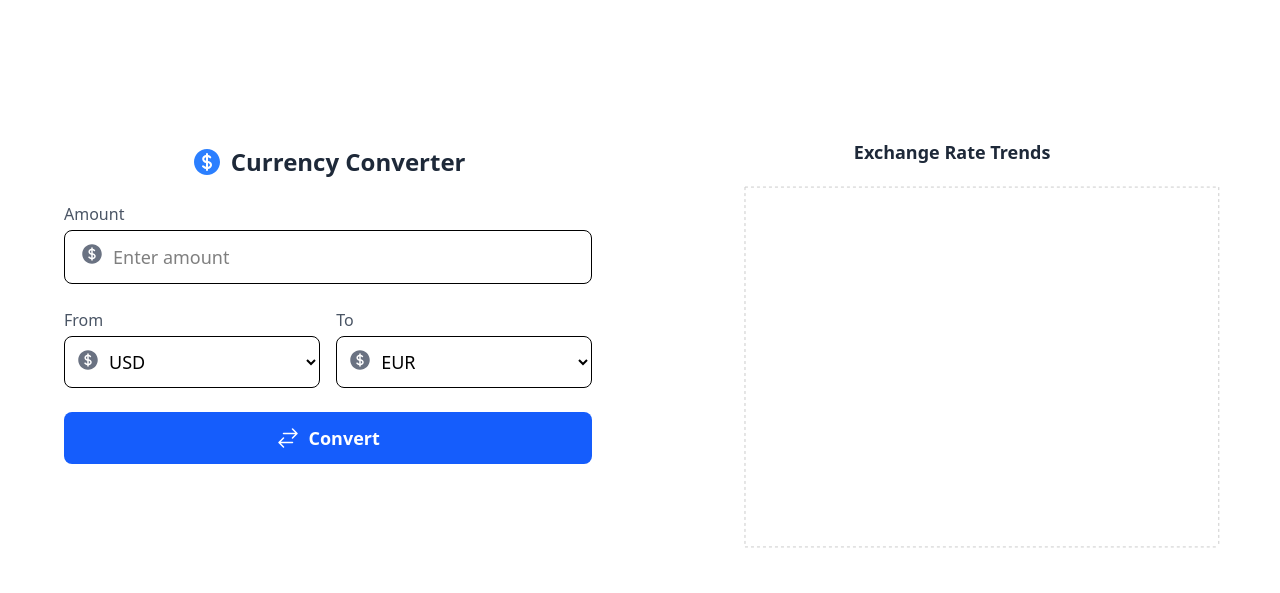
Repository: adrcstro/withcenter_developer_exam
Page: /
These files come from the project's save history. The page is drawn as it stood at one moment and after the next save; the edit follows.
The browser window is 1280 px wide. The pictures show the whole page.
The page's requests for data from a server got no answer. The project was rebuilt for these pictures with package versions that can differ from the ones it lists, and the page was loaded fresh each time. No one was signed in, and anything a server would have sent is missing. Also part of the build but not shown: vite.config.ts.

Above is the page before, as saved 2025-03-16 20:30:21.

After the next save:
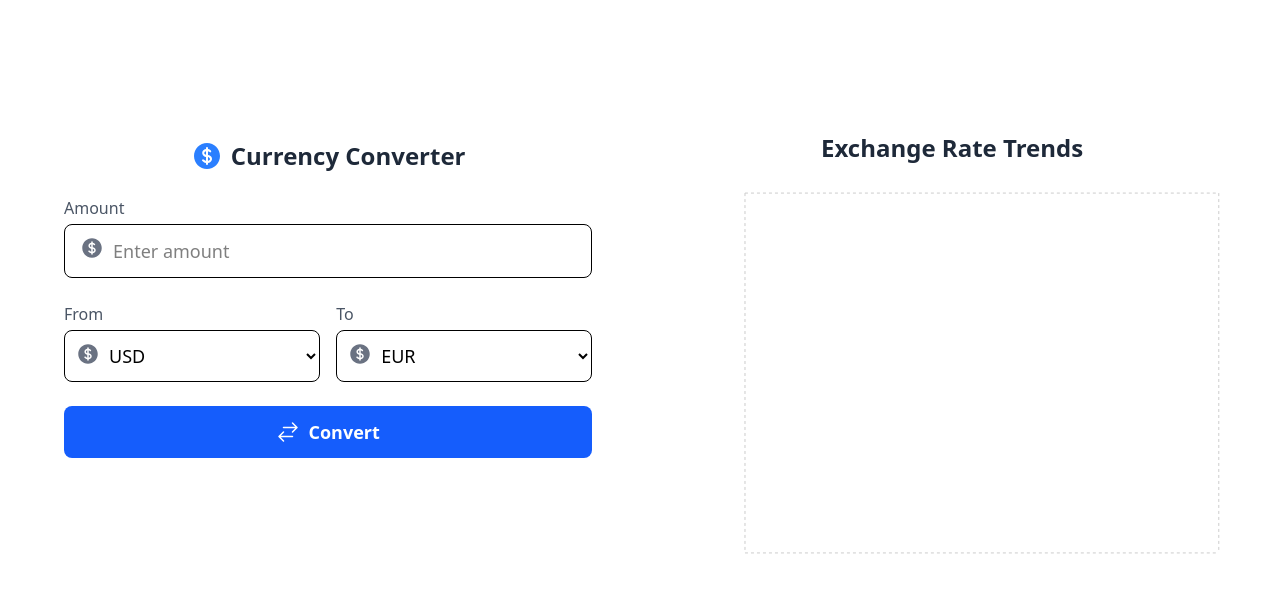
Saved 45 s later.
--- a/src/App.tsx
+++ b/src/App.tsx
@@ -119,7 +119,7 @@ function App() {
 
         {/* Exchange Rate Chart */}
         <div className="w-1/2 p-6 bg-white rounded-xl ">
-          <h3 className="text-lg font-semibold text-gray-800 mb-4 text-center">Exchange Rate Trends</h3>
+          <h3 className="text-2xl font-bold text-gray-800 text-center mb-6 flex items-center justify-center gap-2">Exchange Rate Trends</h3>
           <ResponsiveContainer width="100%" height={400}>
             <AreaChart data={exchangeRates}>
               <CartesianGrid strokeDasharray="3 3" />
